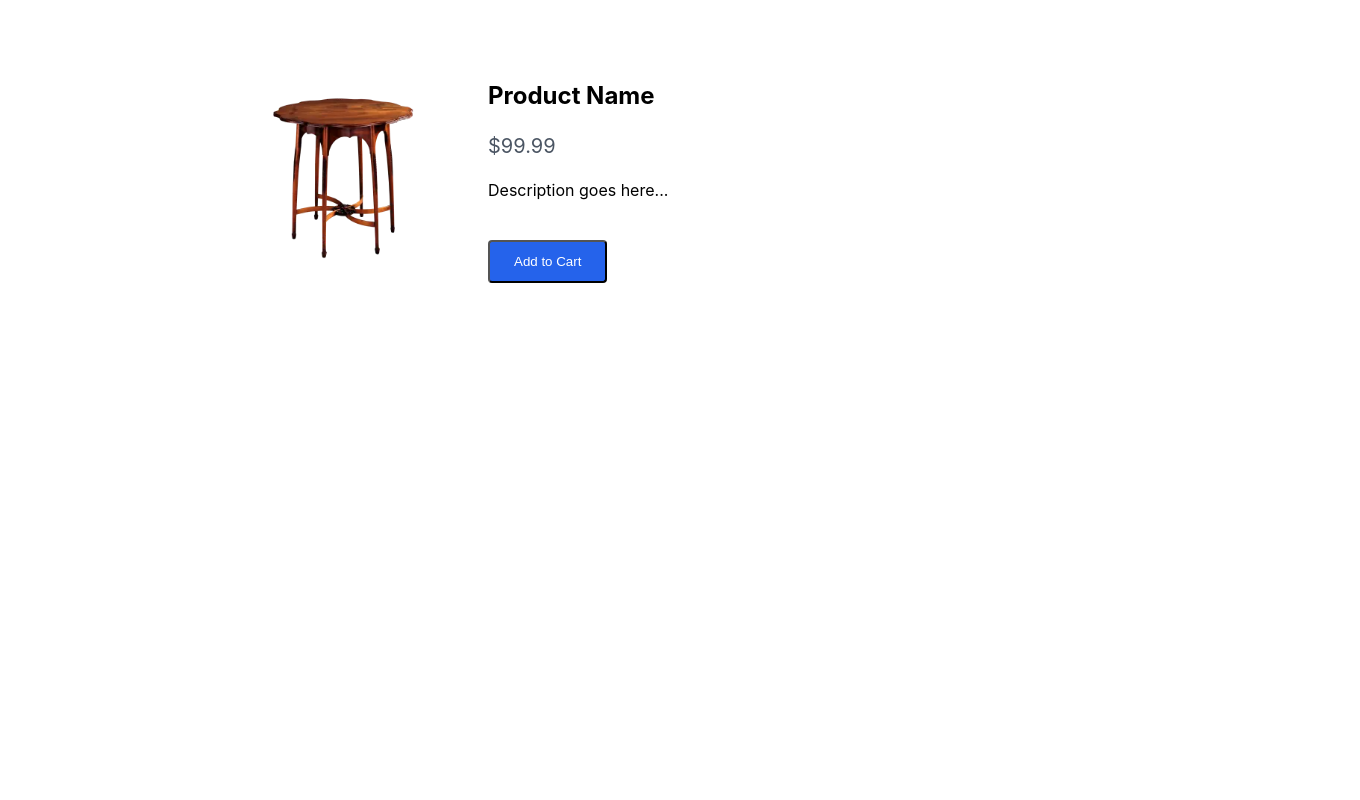
Repository: PayinGate/placeholder-client
Page: /
These files come from the project's save history. The page is drawn as it stood at one moment and after the next save; the edit follows.
The browser window is 1280 px wide. The page is 1360 px wide, so the pictures cover 1360 px, including what lies to the right of the window. The pictures show the whole page.
The project was rebuilt for these pictures with package versions that can differ from the ones it lists, and the page was loaded fresh each time.

Above is the page before, as saved 2025-11-15 23:14:30.

After the next save:
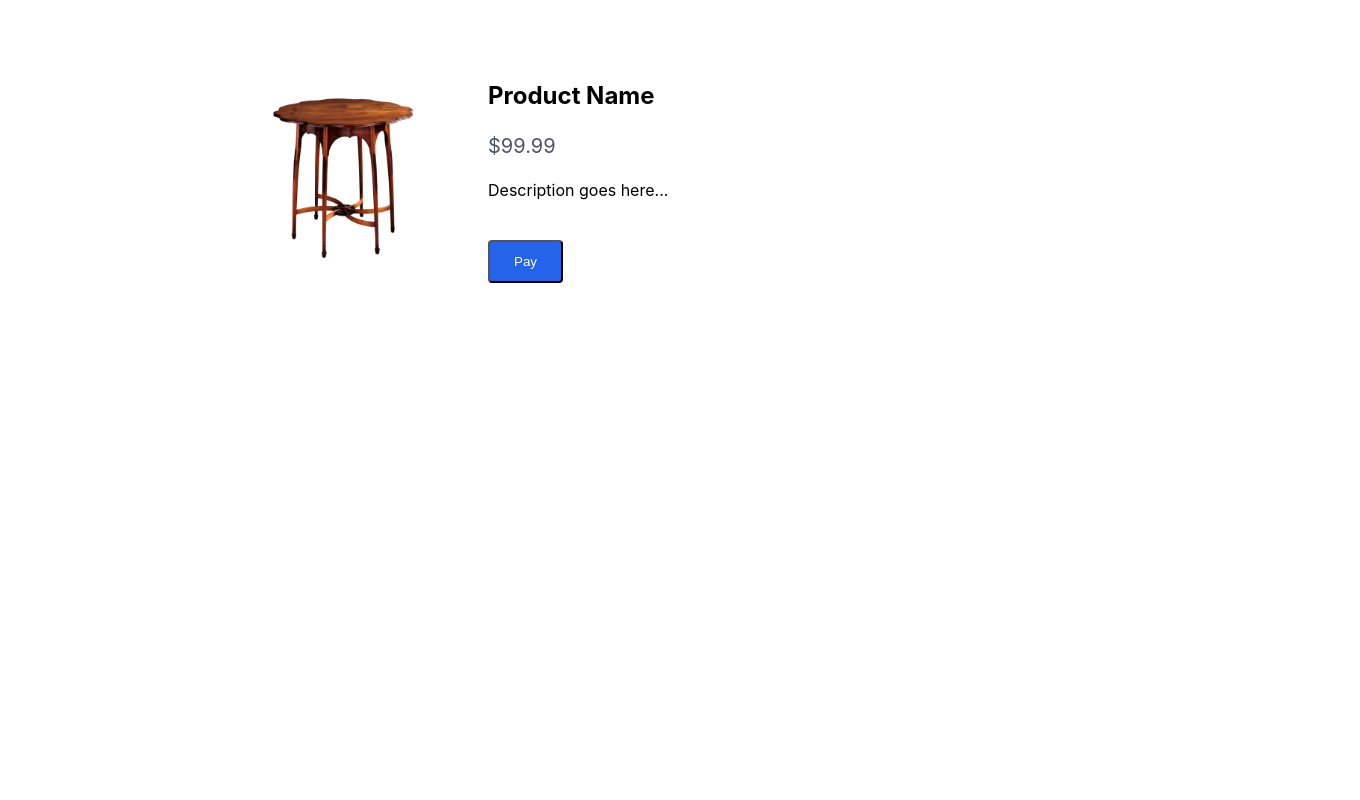
Saved 72 s later.
--- a/src/App.js
+++ b/src/App.js
@@ -18,6 +18,11 @@ function App() {
   //   const gw = new Gateway(config);
   //   gw.Transaction.initialize({amount: 200, currency: "ngn", customer: {email: "awakintade@gmail.com"}, container: "#container"}).then((rate)=>{ console.log(rate, ) });
   // }, [])
+
+  const pay = () => {
+    console.log("ee")
+  }
+
   return (
     <div className="App h-screen w-screen p-10 " id="#container">
     <div className="max-w-4xl mx-auto p-6">
@@ -27,7 +32,7 @@ function App() {
           <h1 className="text-2xl font-bold">Product Name</h1>
           <p className="text-xl text-gray-600">$99.99</p>
           <p className="mt-4">Description goes here...</p>
-          <button className="mt-6 px-6 py-3 bg-blue-600 text-white rounded">Add to Cart</button>
+          <button className="mt-6 px-6 py-3 bg-blue-600 text-white rounded" onClick={pay}>Pay</button>
         </div>
       </div>
     </div>
